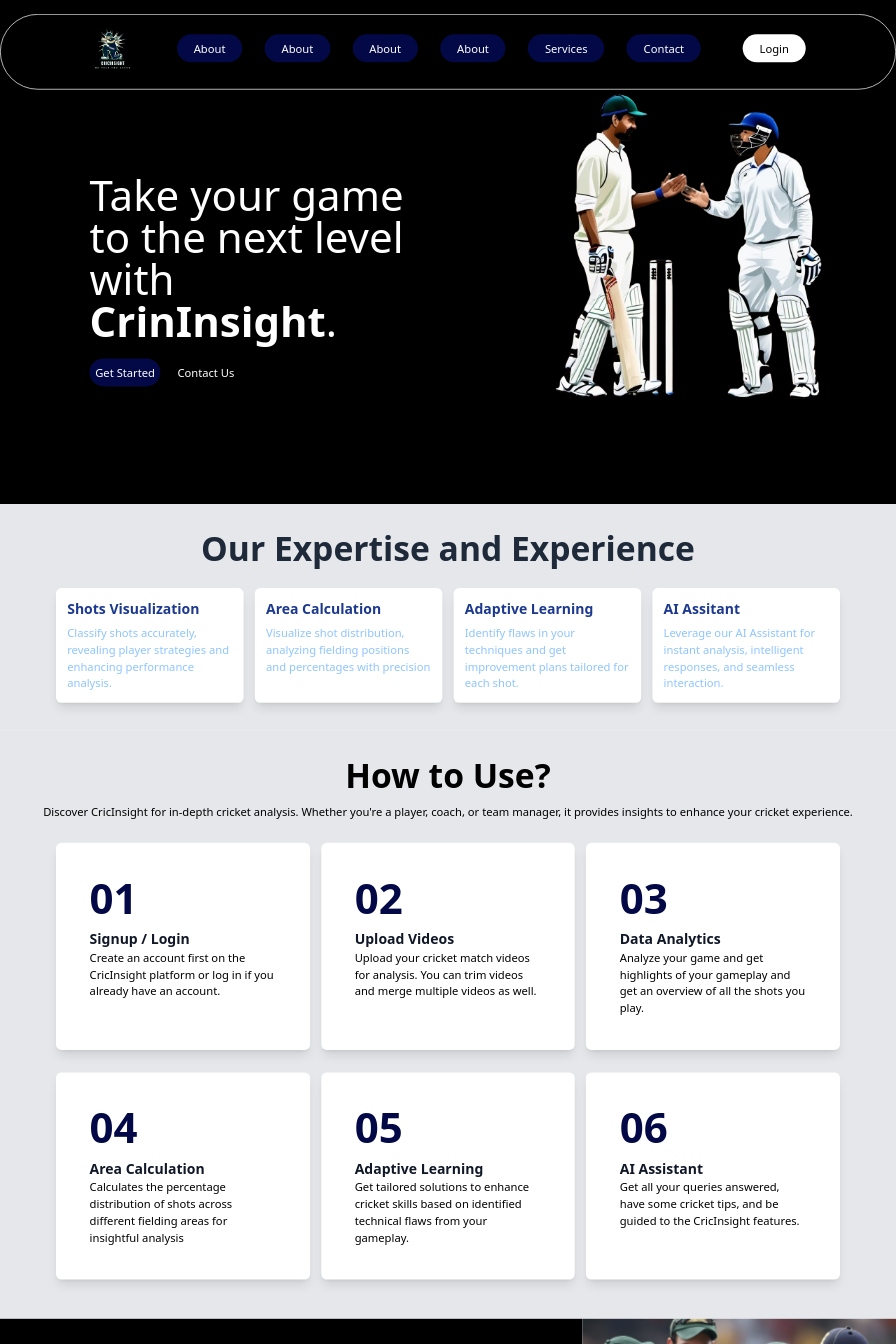
Repository: ahsanfawadaf/cricket
Page: /
An editor plug-in stored every save of this project. The page is shown before and after the next save, followed by the edit.
The browser window is 1280 px wide. The pictures show the part of the page from y = 0 to 1920 px (the page is 4008 px tall), at 70% of full size.
The project was rebuilt for these pictures with package versions that can differ from the ones it lists, and the page was loaded fresh each time. Also part of the build but not shown: vite.config.js.

Above is the page before, as saved 2025-09-22 08:38:36.

### index.html
<!doctype html>
<html lang="en">
  <head>
    <meta charset="UTF-8" />
    <link rel="icon" type="image/svg+xml" href="/cric_logo.png" />
    <meta name="viewport" content="width=device-width, initial-scale=1.0" />
    <title>Cricket Web</title>
  </head>
  <body>
    <div id="root"></div>
    <script type="module" src="/src/main.jsx"></script>
  </body>
</html>

### src/App.jsx
import React from 'react'

import Header from './components/Header'
import Our_experience from './components/Our_experience'
import Howtouse from './components/Howtouse'
import Splitlayout from './components/Splitlayout'
import Services from './components/Services'
import Contact from './components/Contact'
import Footer from './components/Footer'


const App = () => {
  return (
    <div>
     <Header/>
     <Our_experience/>
     <Howtouse/>
     <Splitlayout/>
     <Services/>
     <Contact/>
     <Footer/>



    </div>
  )
}

export default App

### src/components/Header.jsx
import React from 'react'
import Navbar from './Navbar'
import cric_home_img from '../assets/cric_home_img.png'

const Header = () => {
  return (
    <div className='w-full min-h-screen bg-cover bg-black items-center flex overflow-hidden'>
    <Navbar/>
         <div className='flex flex-col mx-auto items-start px-2 md:px-20 lg:px-32'>
             <h1 className='text-md block font-xsm sm:text-6xl text-white gap-2 max-w-6xl inline-block pt-20'>Take your game to  the next level with <span className='text-4xl sm:text-6xl font-bold'>CrinInsight</span>.</h1>
             <div className='flex gap-4 mt-6'>
                 <button className='rounded-full bg-[#030946] text-white px-2 py-2'>Get Started</button>
                 <button className='rounded-full bg-transparent  text-white px-2 py-2'>Contact Us</button>
             </div>
         </div>

         <div className='w-full bg-cover bg-black overflow-hidden min-h-screen'>
                 <img className='h-full pt-28 object-contain' src={cric_home_img} alt="" />
         </div>



    </div>
  )
}

export default Header

### src/components/Our_experience.jsx
import React from 'react'

const Our_experience = () => {
  return (
    <div className='bg-gray-200 py-10'>
          <h2 className='text-center font-bold text-5xl text-gray-800 mb-8'>Our Expertise and Experience</h2>


          <div className='max-w-6xl mx-auto px-4 grid grid-cols-1 md:grid-cols-2 lg:grid-cols-4 gap-4'>

               <div className='bg-white shadow-lg rounded-lg '>
                   <div className='p-4'>
                    <h3 className='text-xl mb-2 text-blue-900 font-semibold '>Shots Visualization</h3>
                    <p className='text-blue-300'>Classify shots accurately, revealing player strategies and enhancing performance analysis.</p>

                   </div>

               </div>
               <div className='bg-white shadow-lg rounded-lg '>
                   <div className='p-4'>
                    <h3 className='text-xl mb-2 text-blue-900 font-semibold '>Area Calculation</h3>
                    <p className='text-blue-300'>Visualize shot distribution, analyzing fielding positions and percentages with precision</p>

                   </div>

               </div>
               <div className='bg-white shadow-lg rounded-lg '>
                   <div className='p-4'>
                    <h3 className='text-xl mb-2 text-blue-900 font-semibold '>Adaptive Learning</h3>
                    <p className='text-blue-300'>Identify flaws in your techniques and get improvement plans tailored for each shot.</p>

                   </div>

               </div>
               <div className='bg-white shadow-lg rounded-lg '>
                   <div className='p-4'>
                    <h3 className='text-xl mb-2 text-blue-900 font-semibold '>AI Assitant</h3>
                    <p className='text-blue-300'>Leverage our AI Assistant for instant analysis, intelligent responses, and seamless interaction.</p>

                   </div>

               </div>







          </div>









    </div>
  )
}

export default Our_experience

### src/components/Howtouse.jsx
import React from 'react'

const Howtouse = () => {

   const cards = [

    {
      id:1,
      title:'Signup / Login',
      description:'Create an account first on the CricInsight platform or log in if you already have an account.'
    },
    {
      id:2,
      title:'Upload Videos',
      description:'Upload your cricket match videos for analysis. You can trim videos and merge multiple videos as well.'
    },
    {
      id:3,
      title:'Data Analytics',
      description:'Analyze your game and get highlights of your gameplay and get an overview of all the shots you play.'
    },
    {
      id:4,
      title:'Area Calculation',
      description:'Calculates the percentage distribution of shots across different fielding areas for insightful analysis'
    },
    {
      id:5,
      title:'Adaptive Learning',
      description:'Get tailored solutions to enhance cricket skills based on identified technical flaws from your gameplay.'
    },
    {
      id:6,
      title:'AI Assistant',
      description:'Get all your queries answered, have some cricket tips, and be guided to the CricInsight features.'
    },

   ];

  return (
    <div className='bg-gray-200 py-10'>
        <h2 className='text-5xl text-center font-semibold mb-4 '>How to Use?</h2>
        <p className='px-2 text-center mb-4'>Discover CricInsight for in-depth cricket analysis. Whether you're a player, coach, or team manager, it provides insights to enhance your cricket experience.</p>


      <div className='max-w-6xl mx-auto px-4 grid grid-cols-1 md:grid-cols-2 lg:grid-cols-3 gap-4 mt-8'>

        { cards.map((ca) =>(
          <div key={ca.id} className='bg-white items-start justify-center shadow-lg rounded-lg p-12 mb-4'>

           <h3 className='text-6xl font-bold text-[#030946] mb-4 '>{`0${ca.id}`}</h3>

           <h4 className='text-xl font-semibold text-gray-900 '>{ca.title}</h4>
           <p>{ca.description}</p>



          </div>
        ))




        }







      </div>






    </div>
  )
}

export default Howtouse

### src/components/Splitlayout.jsx
import React from 'react'
import bgpic from '../assets/bgpic.png'

const Splitlayout = () => {
  return (
    <div className='w-full h-75vh flex flex-col md:flex-row'>

        <div className='w-[65%] h-full bg-black flex flex-col items-start p-20 justify-center'>
            <h3 className='text-4xl font-semibold text-white mb-6'>Why CricInsight?</h3>
            <p className='text-md font-semibold text-white inline-block mb-6'>CricInsight offers cutting-edge video analysis tools, empowering users to delve deep into cricket match insights. With advanced shot detection and classification, CricInsight provides a comprehensive understanding of player performance and playing areas. Its adaptive learning feature offers personalized feedback, making it a must-have for cricket enthusiasts seeking to improve their game.</p>
           <div className=' flex gap-4'>

             <button className='border rounded-full bg-white py-2 px-6'>TRY NOW</button>
            <button className='border rounded-full text-white border-white bg-black px-4 py-2'>CONTACT US</button>
           </div>
        </div>

        <div className='w-[35%] h-full  flex bg-gray-300'>


          <img className='object-cover  w-full inset-0 h-full' src={bgpic} alt="Description of img" />
        </div>






    </div>
  )
}

export default Splitlayout

### src/components/Services.jsx
import React from 'react'
import cric_logo from '../assets/cric_logo.png'



const Services = () => {

   const crds = [

    {
        title:'Game Analysis',
        description:'Decode practice videos with precision, gaining deeper insights into player tactics and game dynamics.',
        image:'/one.png',
    },
    {
        title:'Data Visualization',
        description:'Get a user-friendly visual representation of all the shots you play with their percentages.',
        image:'/two.png',
    },
    {
        title:'Technique Improvement',
        description:'Identify flaws in your shot techniques and get improvement plans tailored for each shot.',
        image:'/three.png',
    },
    {
        title:'Field Calculation',
        description:'Visualize shot distribution, analyzing fielding positions and percentages with precision.',
        image:'/four.png',
    },

   ]

  return (
    <div className='flex flex-col py-10 items-center'>

        <h2 className='font-bold mb-2 text-[#030946]'>Our Services</h2>
        <h1 className='text-4xl font-semibold'>What We Offer?</h1>

     <div className='flex flex-row m-4 gap-6'>

            <div className='flex flex-col justify-center gap-16 mb-4'>

            { crds.slice(0,2).map((card , index) =>(

               <div key={index} className='bg-gray-200 shadow-lg rounded-lg p-6 w-72'>
                 <img src={card.image} alt={card.title} />
                 <h3 className='text-xl font-semibold'>{card.title}</h3>
                 <p className='text-sm'>{card.description}</p>
               </div>
             ))}
        </div>

        <div className='bg-[#030946] w-72 rounded-lg h-99 mt-12'>

            <img src={cric_logo} alt="Cricinsight" />



        </div>


        <div className='flex flex-col justify-center gap-16 mb-4'>

            { crds.slice(2).map((card , index) =>(

               <div key={index} className='bg-gray-200 shadow-lg rounded-lg p-6 w-72'>
                 <img className='color-[#030946]' src={card.image} alt={card.title} />
                 <h3 className='text-xl font-semibold'>{card.title}</h3>
                 <p className='text-sm'>{card.description}</p>
               </div>
             ))}
        </div>

        </div>






    </div>
  )
}

export default Services

### src/components/Contact.jsx
import React from 'react'
import call from '../assets/call.png'
import email from '../assets/email.png'

const Contact = () => {
  return (
    <div className='flex flex-col py-10 items-center'>
        <h3 className='text-[#030946] font-bold mb-2'>Contact Us</h3>
        <h2 className='text-4xl font-semibold'>Get in touch with us</h2>


      <div className='bg-gray-200  h-120 w-11/12 mt-2 mx-auto rounded-md '>
       <div className='mt-8 ml-8 w-full  items-start '>
         <h2 className='text-2xl font-semibold'>Drop us a message</h2>
        <p className='text-gray-600 mt-2 text-sm'>We will get back to you as soon as possible.</p>
       </div>

       <div className='flex flex-row'>

        <div className='mt-6 mx-8'>

          <form >

                <div className='flex gap-2 max-w-8xl'>

                     <div className='w-full md:w-1/2 text-left'>
                     <input type="text" name='Name' placeholder='Full Name' className='w-full pl-2 rounded border border-gray-400 bg-white py-4  ' />
                     </div>

                     <div className='w-full md:w-1/2 text-left'>
                     <input type="text" name='Name' placeholder='Company Name' className='w-full pl-2 rounded border border-gray-400 bg-white py-4 ' />
                     </div>


                </div>

                <div className='mt-2'>
                      <div>
                        <input type="Email" name='Email' placeholder='Email' className='w-full pl-2 rounded py-4 border border-gray-400 bg-white' />
                      </div>

                </div>

                <div>

                      <textarea name="Message" className=' w-full pl-2 border border-gray-400 bg-white rounded px-4 py-3 h-36 mt-2' placeholder='Message'></textarea>

                </div>


          </form>

          <button className='rounded-full mt-2 py-4 text-white w-full bg-[#030946]'>SEND</button>
        </div>

        <div className='mt-20 ml-40'>
            <div className='flex'>
               <img src={call} className='h-10' alt="" />
               <div className='flex px-4 flex-col'>
                <h3 className='text-xl font-semibold'>+ 1800 145 276</h3>
               <p className='text-gray-600'>Call us</p>
               </div>

            </div>
            <div className='flex mt-4'>
                <img src={email} className='h-10' alt="" />
                <div className='flex flex-col px-4'>
                  <h3 className='text-xl font-semibold'>cricinsight@gmail.com</h3>
                <p className='text-gray-600'>Email us</p>
                </div>

            </div>


        </div>






       </div>




      </div>









    </div>
  )
}

export default Contact

### src/components/Footer.jsx
import React from 'react'
import footerlogo from '../assets/footerlogo.png'


const Footer = () => {
  return (
    <div className='bg-black pt-4 px-4 md:px-20 lg:px-32 w-full overflow-hidden '>

        <div className=' container flex flex-col md:flex-row gap-16 items-center justify-between mx-auto   '>
                <div className='flex-1  px-4 '>

                       <img src={footerlogo} className='h-60' alt="" />


                </div>

                <div className='flex-1 gap-2 px-4'>
                       <h3 className='text-white text-xl font-semibold'>Quick Links</h3>
                       <p className='text-white'>Login</p>
                       <p className='text-white'>Dashboard</p>
                       <p className='text-white'>Experience</p>
                       <p className='text-white'>Our Services</p>
                       <p className='text-white'>Reviews</p>
                       <p className='text-white'>Contact Us</p>


                </div>

                <div className='flex-1   pl-4  mb-8'>
                        <h3 className='text-white pl-4 text-xl font-semibold'>Contact</h3>
                         <div >
                                <div className='flex'>

                                    <div className='flex px-4 flex-col'>
                                         <h3 className='text-white '>+ 1800 145 276</h3>
                                         <p className='text-white'>Call us</p>
                                    </div>

                                </div>
                                <div className='flex mt-4'>

                                    <div className='flex flex-col px-4'>
                                         <h3 className=' text-white '>cricinsight@gmail.com</h3>
                                         <p className='text-white'>Email us</p>
                                    </div>

                                </div>

                        </div>


                </div>
      </div>


                <div className='text-center text-white border-t mb-8 border-gray-700 mt-10 py-4'>

                 Copyright © 2025 CricInsight


                 </div>


    </div>
  )
}

export default Footer

### src/components/Navbar.jsx
import React from 'react'
import cric_logo from '../assets/cric_logo.png'

const Navbar = () => {
  return (
    <div className='top-0  mt-5 pb-4  left-0 w-full fixed z-99 rounded-full backdrop-blur-lg border border-white' style={{height:'15vh'}}  >


        <div className='mx-auto justify-between flex items-center px-4 py-4   md:px-20 lg:px-32'>

         <img src={cric_logo} className='h-full max-h-16 object-contain' alt="" />



         <ul className='hidden md:flex gap-8 text-white '>

              <a href="#Experience" className='rounded-full px-6 py-2 bg-[#030946] text-white'>About</a>
              <a href="/about" className='rounded-full px-6 py-2 bg-[#030946] text-white'>About</a>
              <a href="/about" className='rounded-full px-6 py-2 bg-[#030946] text-white'>About</a>
              <a href="/about" className='rounded-full px-6 py-2 bg-[#030946] text-white'>About</a>
             <button className='rounded-full px-6 py-2 bg-[#030946] text-white'>Services</button>
             <button className='rounded-full px-6 py-2 bg-[#030946] text-white'>Contact</button>



         </ul>

         <button className='rounded-full hidden md:block px-6 py-2 bg-white'>Login</button>
        </div>



    </div>
  )
}

export default Navbar

Loaded but not shown: src/main.jsx (common file); src/index.css (common file)

After the next save:
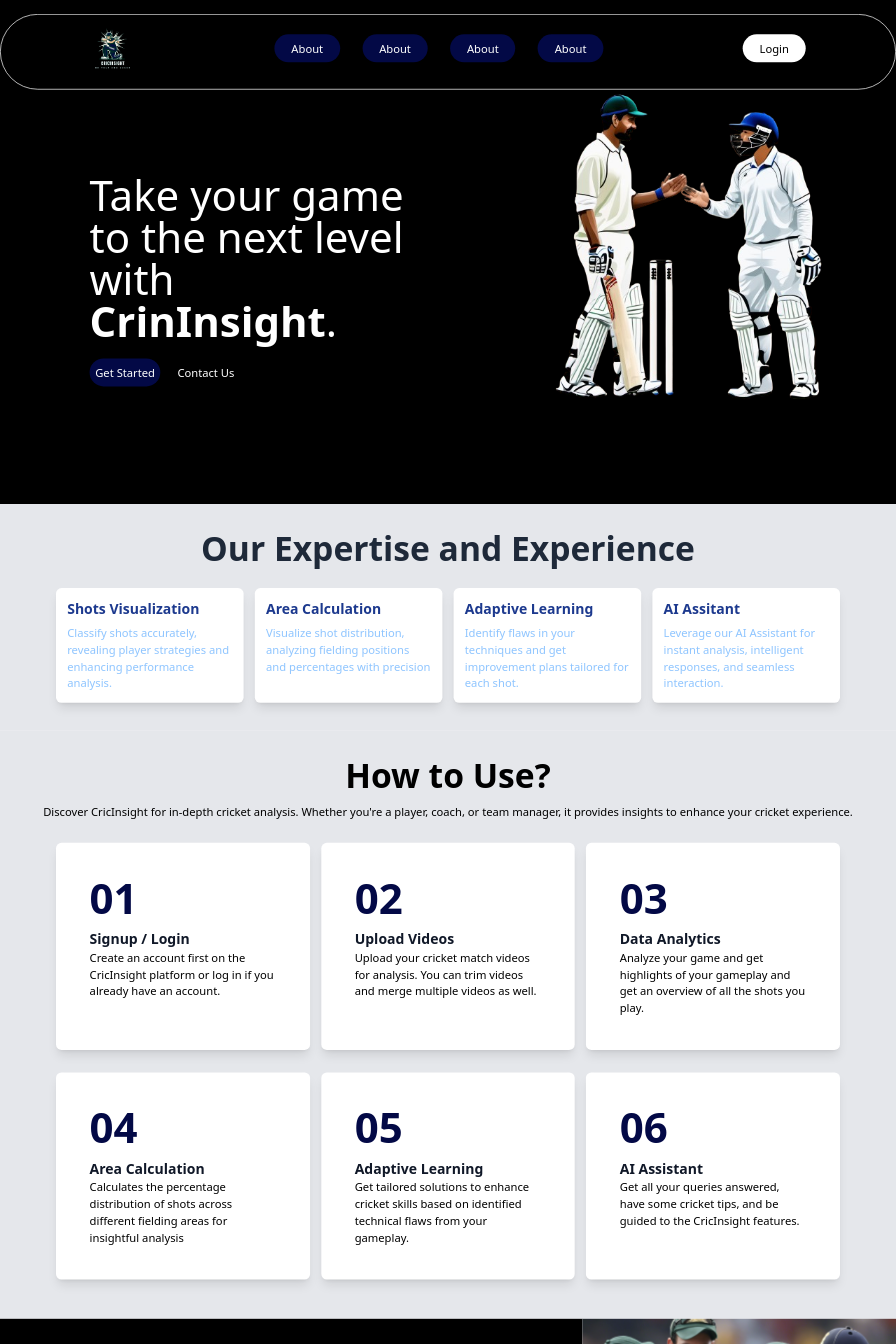
Saved 11 s later.
--- a/src/components/Navbar.jsx
+++ b/src/components/Navbar.jsx
@@ -18,8 +18,7 @@
               <a href="/about" className='rounded-full px-6 py-2 bg-[#030946] text-white'>About</a>
               <a href="/about" className='rounded-full px-6 py-2 bg-[#030946] text-white'>About</a>
               <a href="/about" className='rounded-full px-6 py-2 bg-[#030946] text-white'>About</a>
-             <button className='rounded-full px-6 py-2 bg-[#030946] text-white'>Services</button>
-             <button className='rounded-full px-6 py-2 bg-[#030946] text-white'>Contact</button>
+
 
 
 
